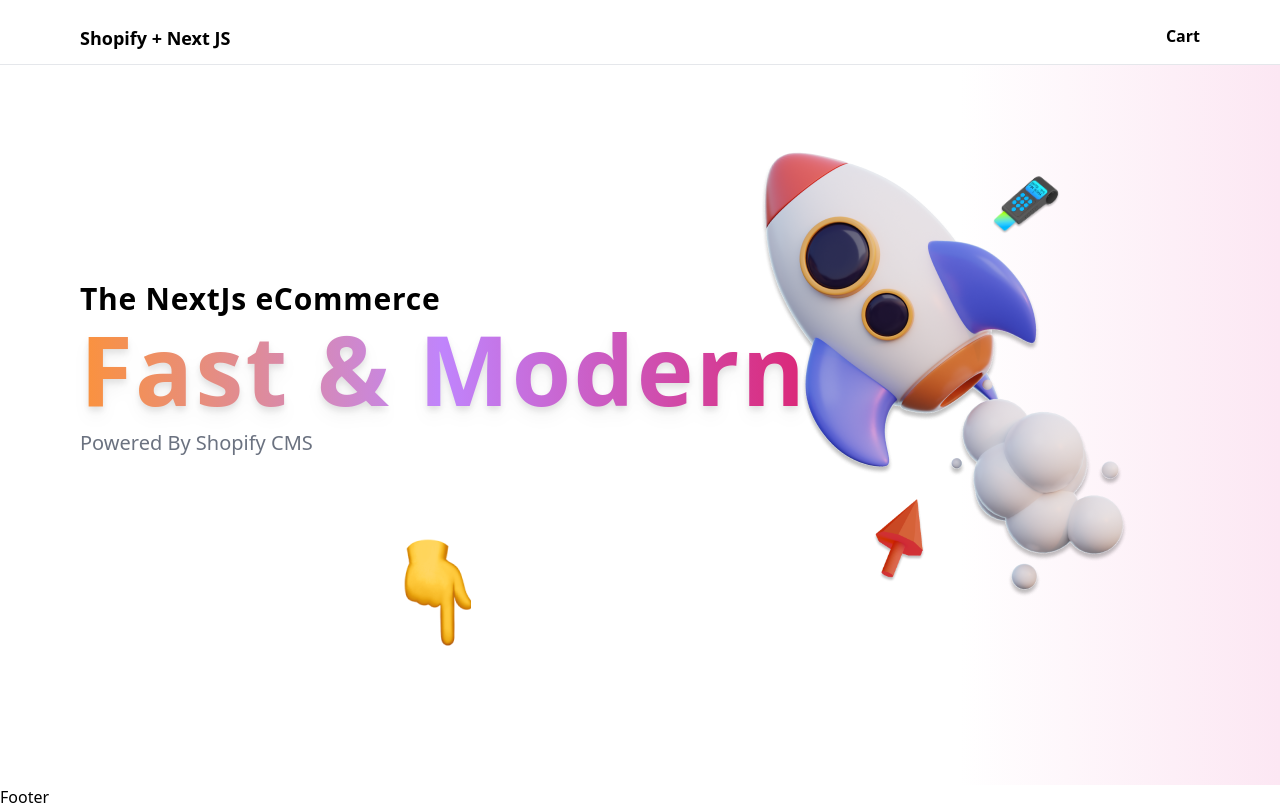
Repository: Krishna-bansall/store
Page: /
An editor plug-in stored every save of this project. The page is shown before and after the next save, followed by the edit.
The browser window is 1280 px wide. The pictures show the whole page.
The project was rebuilt for these pictures with package versions that can differ from the ones it lists, and the page was loaded fresh each time. The framework's server and built-in components were replaced by stand-ins that run in the browser. Also part of the build but not shown: next.config.js, utils/helpers.js, components/ProductCard.js, components/ProductList.js.

Above is the page before, as saved 2022-04-10 18:08:47.

### pages/_app.tsx
import '../styles/globals.css'
import { AnimatePresence } from 'framer-motion'
import Layout from '../components/Layout'
import type { AppProps } from 'next/app'

function MyApp({ Component, pageProps }: AppProps) {
  return (
        <AnimatePresence exitBeforeEnter>
          <Layout>
            <Component {...pageProps} />
          </Layout>
        </AnimatePresence>
    )
}

export default MyApp

### pages/index.js
// import { getProductInCollection, getProduct } from '../lib/shopify'
import ProductList from '../components/ProductList'
import HeroSection from '../components/HeroSection'

const Home = ({ products }) => {
  return (
    <div className="">
      <HeroSection />
      {/* <ProductList product={products} />{' '} */}
    </div>
  )
}
// export async function getStaticProps() {
//   const products = await getProductInCollection()

//   return {
//     props: { products }, // will be passed to the page component as props
//   }
// }

export default Home

### components/Layout.js
import React, { Children } from 'react'
import Nav from './Nav'
import HeroSection from './HeroSection'
function Layout({ children }) {
  return (
    <div className="flex flex-col justify-between">
      <Nav />
      <div className="overflow-hidden">
        <main>{children}</main>
        <footer>Footer</footer>
      </div>
    </div>
  )
}

export default Layout

### components/HeroSection.js
import React from 'react'
import Link from 'next/link'
import Image from 'next/image'
import rocket from '../public/images/rocket.png'
import machine from '../public/images/machine.png'
import cursor from '../public/images/cursor.png'
import down from '../public/images/down.png'
function HeroSection() {
  return (
    <div className="relative grid h-screen grid-cols-2 bg-white">
      <div
        className="z-10 col-span-2 grid max-h-screen grid-cols-[1fr_3fr_1fr] grid-rows-[3fr_2fr_3fr]
      px-4 py-20 md:grid-cols-[2fr_1fr] md:grid-rows-[1fr_2fr_2fr] md:px-20"
      >
        <div className="col-start-2 row-start-2 flex h-full items-center justify-center text-center md:col-start-1 md:justify-start md:text-left">
          <div className="absolute -translate-y-1/2 md:translate-y-0">
            <h3 className="mb-1 max-w-xl text-lg font-semibold tracking-wide md:text-2xl lg:text-3xl 2xl:text-5xl">
              The NextJs eCommerce
            </h3>
            <h1
              className="mb-3 max-w-full bg-gradient-to-r from-orange-400 via-purple-400 to-pink-600 bg-clip-text
          text-4xl font-black text-transparent drop-shadow-lg md:text-6xl md:tracking-wide lg:text-8xl 2xl:text-9xl"
            >
              Fast & Modern
            </h1>
            <p className="text-sm text-gray-500 md:text-xl 2xl:text-3xl">
              Powered By Shopify CMS
            </p>
          </div>
        </div>

        <div className="col-start-3 flex justify-start md:col-start-2 md:justify-center">
          <div className="flex w-full items-end md:w-[clamp(3rem,7rem,10rem)] xl:ml-6">
            <Image className="" src={machine} alt="Machine" />
          </div>
        </div>

        <div className="col-start-2 row-start-1 hidden items-start md:visible md:row-start-2 md:grid ">
          <div className="absolute grid max-w-xs self-center justify-self-end lg:max-w-full">
            <Image className="" src={rocket} alt="Rocket" />
          </div>
        </div>

        <div className="visible  col-start-2 row-start-1 flex items-end justify-center md:hidden">
          <div className="flex w-40 items-end">
            <Image className="-rotate-90 " src={rocket} alt="Rocket" />
          </div>
        </div>

        <div className="col-start-3 row-start-2 grid md:col-start-2 md:row-start-3">
          <div className="flex items-start md:w-[clamp(3rem,7rem,10rem)] xl:ml-6">
            <Image
              className="-rotate-45 md:rotate-0"
              src={cursor}
              alt="Cursor"
            />
          </div>
        </div>
        <div className="col-start-2 row-start-3 flex items-center justify-center md:col-start-1">
          <div className="w-1/6">
            <Image src={down} alt="down" />
          </div>
        </div>
      </div>

      <div
        className="absolute col-start-2 h-full w-full bg-gradient-to-bl from-pink-100
         via-white to-transparent md:bg-gradient-to-l"
      ></div>
    </div>
  )
}

export default HeroSection

### components/Nav.js
import React from 'react'
import Link from 'next/link'
export default function Nav() {
  return (
    <header className="sticky top-0 z-20 border-b  backdrop-blur-md">
      <div className="item-center flex max-w-6xl justify-between px-4 pt-6 pb-3 md:px-20 lg:max-w-full">
        <Link href="/" passHref>
          <a className="cursor-pointer">
            <span className="pt-1 text-lg font-bold 2xl:text-3xl">
              Shopify + Next JS
            </span>
          </a>
        </Link>
        <a className="text-medium cursor pointer font-bold 2xl:text-2xl">
          Cart
        </a>
      </div>
    </header>
  )
}

Loaded but not shown: styles/globals.css (common file); tailwind.config.js (common file)

After the next save:
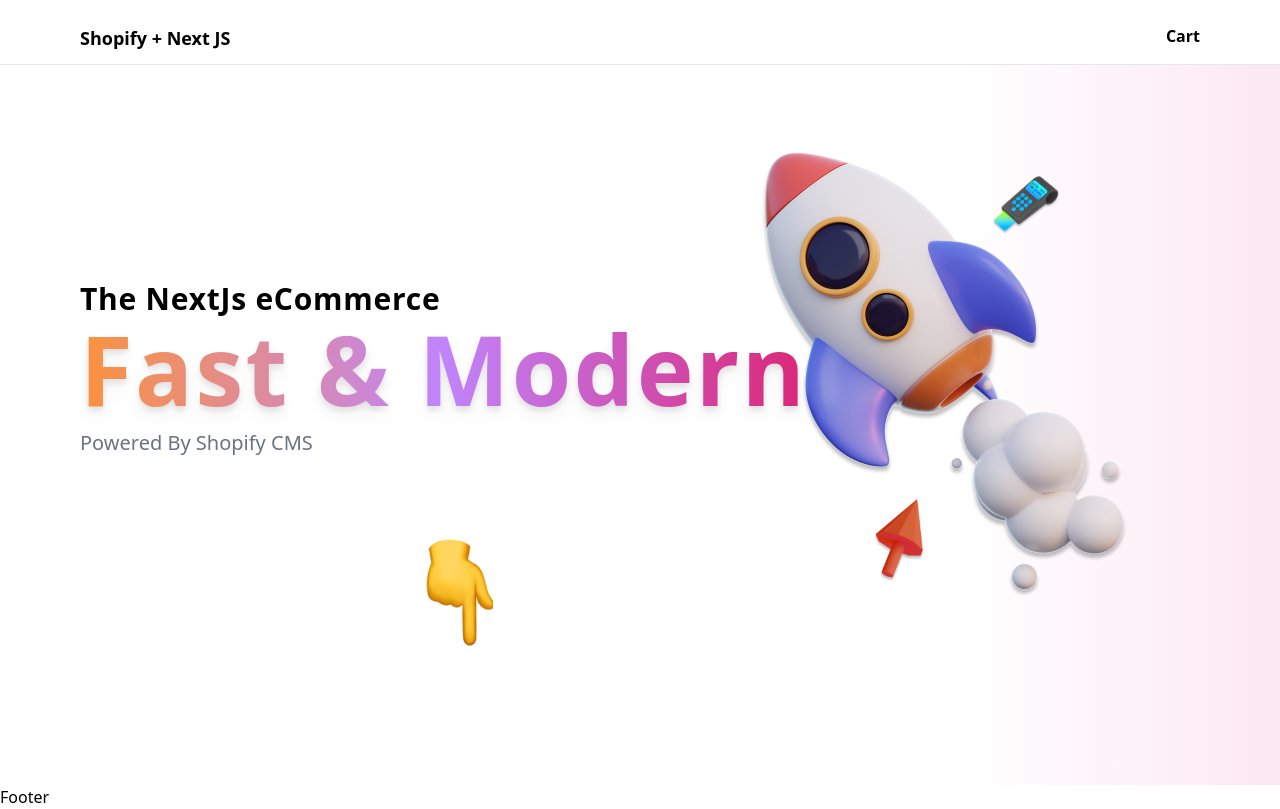
Saved 16 s later.
--- a/components/HeroSection.js
+++ b/components/HeroSection.js
@@ -57,7 +57,7 @@
           </div>
         </div>
         <div className="col-start-2 row-start-3 flex items-center justify-center md:col-start-1">
-          <div className="w-1/6">
+          <div className="w-20">
             <Image src={down} alt="down" />
           </div>
         </div>
